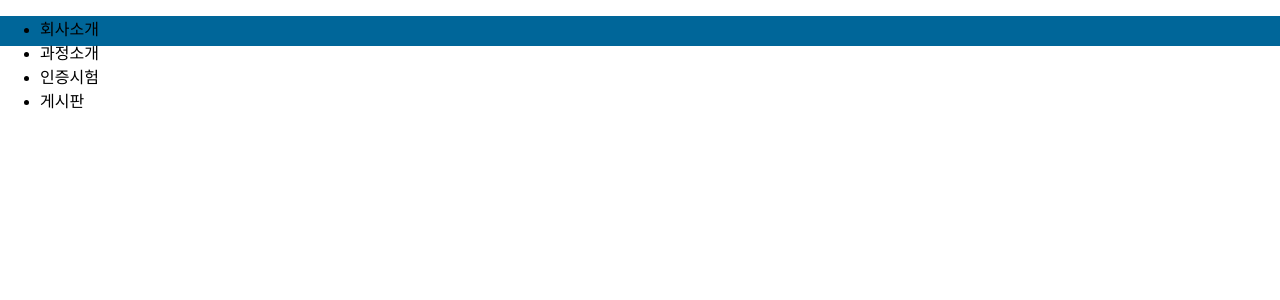
Repository: gyetol/web
Page: 4_11_web/CSS/WebContent/index.html
The author's editor kept a copy of each file at every save. The page is drawn from the files as they stood at one save, then again after the next save.
The browser window is 1280 px wide. The pictures show the whole page.

Above is the page before, as saved 2020-04-11 07:53:30.

### 4_11_web/CSS/WebContent/index.html
<!DOCTYPE html>
<html lang="en">
<head>
    <meta charset="UTF-8">
    <title>gg</title>
    <link rel="stylesheet" href="css/style.css">
</head>
<body>

<ul>
<li>회사소개</li>
<li>과정소개</li>
<li>인증시험</li>
<li>게시판</li>
</ul>


</body>
</html>

### 4_11_web/CSS/WebContent/css/style.css
body{
	margin:0;
	padding:0;

}

ul.li{list-style:none;}
ul{height:30px; background-color:#006699;}
ul::before, ul::after{
	content:'';
	display:block;
	clear:both;
}

After the next save:
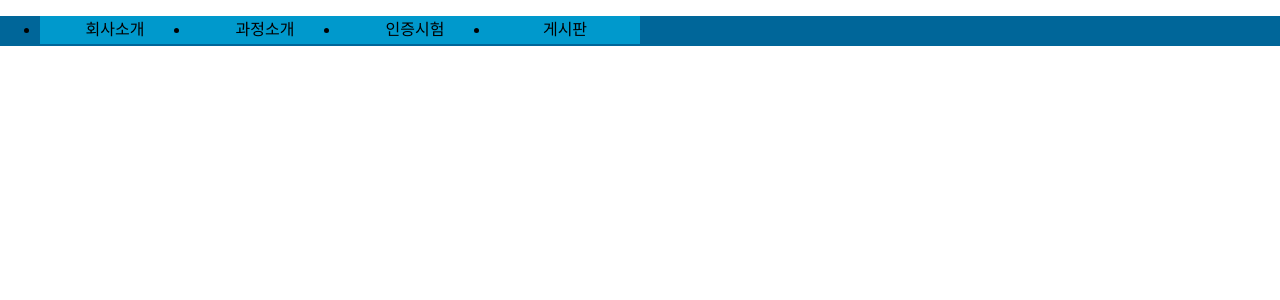
Saved 87 s later.
--- a/4_11_web/CSS/WebContent/css/style.css
+++ b/4_11_web/CSS/WebContent/css/style.css
@@ -5,9 +5,17 @@ body{
 }
 
 ul.li{list-style:none;}
-ul{height:30px; background-color:#006699;}
+ul{height:30px; background-color:#006699; }
 ul::before, ul::after{
 	content:'';
 	display:block;
 	clear:both;
 }
+
+ul>li{
+	width:150px;
+	float:left;
+	background-color:#0099cc;
+	height:28px;
+	text-align:center;
+}
